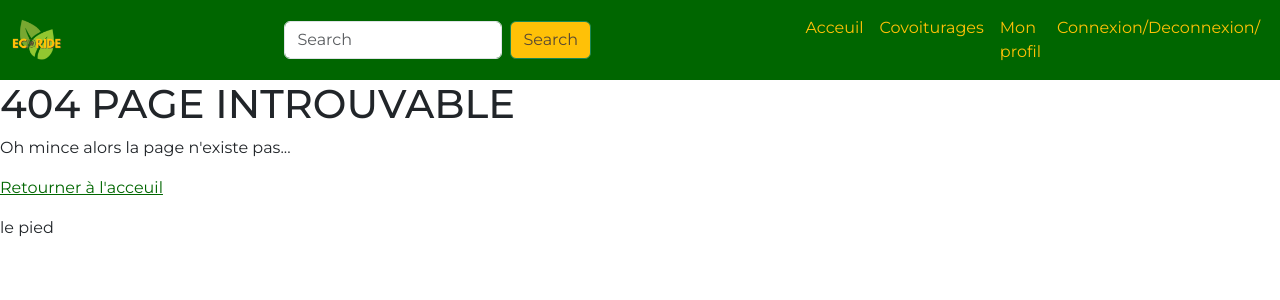
Repository: lemonhao9/ECF
Page: index.html
The author's editor kept a copy of each file at every save. The page is drawn from the files as they stood at one save, then again after the next save.
The browser window is 1280 px wide. The pictures show the whole page.
Some web fonts or font styles are not loaded; a fallback is used. The style sheet was rebuilt from its Sass, Less or Tailwind sources for each picture, by a compiler version that may differ from the author's.

Above is the page before, as saved 2025-02-11 11:46:47.

### index.html
<!DOCTYPE html>
<html lang="fr">
<head>
    <meta charset="UTF-8">
    <meta name="viewport" content="width=device-width, initial-scale=1.0">
    <link rel="preconnect" href="https://fonts.googleapis.com">
    <link rel="preconnect" href="https://fonts.gstatic.com" crossorigin>
    <link href="https://fonts.googleapis.com/css2?family=Hind+Madurai:wght@300;400;500;600;700&family=Montserrat:ital,wght@0,100..900;1,100..900&display=swap" rel="stylesheet">
    <link rel="stylesheet" href="/scss/main.css"/>
    <title>EcoRide</title>
</head>
<body>

    <header>
<nav class="navbar navbar-expand-lg bg-primary" data-bs-theme="light">
  <div class="container-fluid">
    <a class="navbar-brand" href="/"><img src="/images/EcoRideLOGO.png" class="img-fluid" alt="logo EcoRide" width="50px"height="50px"></a>
    <button class="navbar-toggler" type="button" data-bs-toggle="collapse" data-bs-target="#navbarSupportedContent" aria-controls="navbarSupportedContent" aria-expanded="false" aria-label="Toggle navigation">
      <span class="navbar-toggler-icon"></span>
    </button>
    <div class="collapse navbar-collapse" id="navbarSupportedContent">
        <div class="d-flex justify-content-center w-100">
            <form class="d-flex" role="search">
              <input class="form-control me-2" type="search" placeholder="Search" aria-label="Search">
              <button class="btn btn-outline-success bg-secondary text-black" type="submit">Search</button>
            </form>
          </div>
      <ul class="navbar-nav ms-auto mb-2 mb-lg-0">
        <li class="nav-item">
          <a class="nav-link text-secondary" href="/">Acceuil</a>
        </li>
        <li class="nav-item">
          <a class="nav-link text-secondary" href="/formCovoit">Covoiturages</a>
        </li>
        <li class="nav-item">
          <a class="nav-link text-secondary" href="/profile">Mon profil</a>
        </li>
        <li class="nav-item">
            <a class="nav-link text-secondary" href="#">Connexion/Deconnexion/</a>
          </li>
      </ul>

    </div>
  </div>
</nav>
    </header>

    <main id="main-page">
        <!-- Injection du contenu des différentes pages-->
    </main>
    <footer>
        le pied
    </footer>

    <script type="module" src="./Router/router.js"></script>
    <script src="node_modules/bootstrap/dist/js/bootstrap.bundle.min.js"></script>

</body>
</html>

### Router/router.js
import Route from "./Route.js";
import { allRoutes, websiteName } from "./allRoutes.js";

// Création d'une route pour la page 404 (page introuvable)
const route404 = new Route("404", "Page introuvable", "/pages/404.html");

// Fonction pour récupérer la route correspondant à une URL donnée
const getRouteByUrl = (url) => {
  let currentRoute = null;
  // Parcours de toutes les routes pour trouver la correspondance
  allRoutes.forEach((element) => {
    if (element.url == url) {
      currentRoute = element;
    }
  });
  // Si aucune correspondance n'est trouvée, on retourne la route 404
  if (currentRoute != null) {
    return currentRoute;
  } else {
    return route404;
  }
};

// Fonction pour charger le contenu de la page
const LoadContentPage = async () => {
  const path = window.location.pathname;
  // Récupération de l'URL actuelle
  const actualRoute = getRouteByUrl(path);
  // Récupération du contenu HTML de la route
  const html = await fetch(actualRoute.pathHtml).then((data) => data.text());
  // Ajout du contenu HTML à l'élément avec l'ID "main-page"
  document.getElementById("main-page").innerHTML = html;

  // Ajout du contenu JavaScript
  if (actualRoute.pathJS != "") {
    // Création d'une balise script
    var scriptTag = document.createElement("script");
    scriptTag.setAttribute("type", "text/javascript");
    scriptTag.setAttribute("src", actualRoute.pathJS);

    // Ajout de la balise script au corps du document
    document.querySelector("body").appendChild(scriptTag);
  }

  // Changement du titre de la page
  document.title = actualRoute.title + " - " + websiteName;
};

// Fonction pour gérer les événements de routage (clic sur les liens)
const routeEvent = (event) => {
  event = event || window.event;
  event.preventDefault();
  // Mise à jour de l'URL dans l'historique du navigateur
  window.history.pushState({}, "", event.target.href);
  // Chargement du contenu de la nouvelle page
  LoadContentPage();
};

// Gestion de l'événement de retour en arrière dans l'historique du navigateur
window.onpopstate = LoadContentPage;
// Assignation de la fonction routeEvent à la propriété route de la fenêtre
window.route = routeEvent;
// Chargement du contenu de la page au chargement initial
LoadContentPage();

### Router/allRoutes.js
import Route from "./Route.js";

//Définir ici vos routes
export const allRoutes = [
    new Route("/", "Accueil", "./pages/home.html"),
    new Route("/profile", "Profil", "./pages/profile.html"),
    new Route("/login", "Connexion", "./pages/auth/login.html"),
    new Route("/signin", "Inscription", "./pages/auth/signin.html"),
    new Route("/formCovoit", "Covoiturages", "./pages/formCovoit.html"),
    new Route("/vueCovoit", "Se déplacer", "./pages/vueCovoit.html")
];

//Le titre s'affiche comme ceci : Route.titre - websitename
export const websiteName = "EcoRide";

### pages/404.html
<div>
    <h1>404 PAGE INTROUVABLE</h1>
    <p>Oh mince alors la page n'existe pas...</p>
    <p><a href="/">Retourner à l'acceuil</a></p>
</div>

### scss/main.scss
@import 'custom'

### scss/_custom.scss
// Include any default variable overrides here (though functions won't be available)

$primary: #006600;
$secondary: #FFC107;
$dark:#392C1E;
$black:  #584832;
$font-family-sans-serif: "Montserrat", sans-serif !default;
$font-family-serif: "Hind Madurai", serif !default;

@import "../node_modules/bootstrap/scss/bootstrap";

//Suite du code ici bas

Loaded but not shown: node_modules/bootstrap/dist/js/bootstrap.bundle.min.js (library); Router/Route.js (common file)

After the next save:
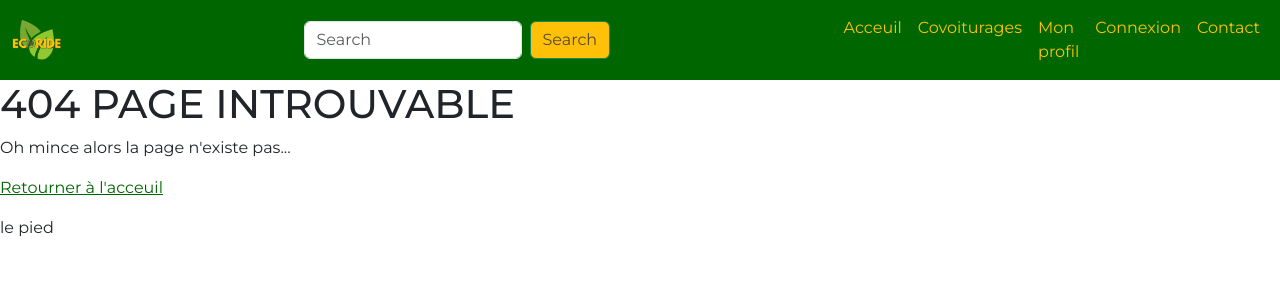
Saved 119 s later.
--- a/index.html
+++ b/index.html
@@ -36,7 +36,10 @@
           <a class="nav-link text-secondary" href="/profile">Mon profil</a>
         </li>
         <li class="nav-item">
-            <a class="nav-link text-secondary" href="#">Connexion/Deconnexion/</a>
+            <a class="nav-link text-secondary" href="#">Connexion</a>
+          </li>
+          <li class="nav-item">
+            <a class="nav-link text-secondary" href="">Contact</a>
           </li>
       </ul>
 
